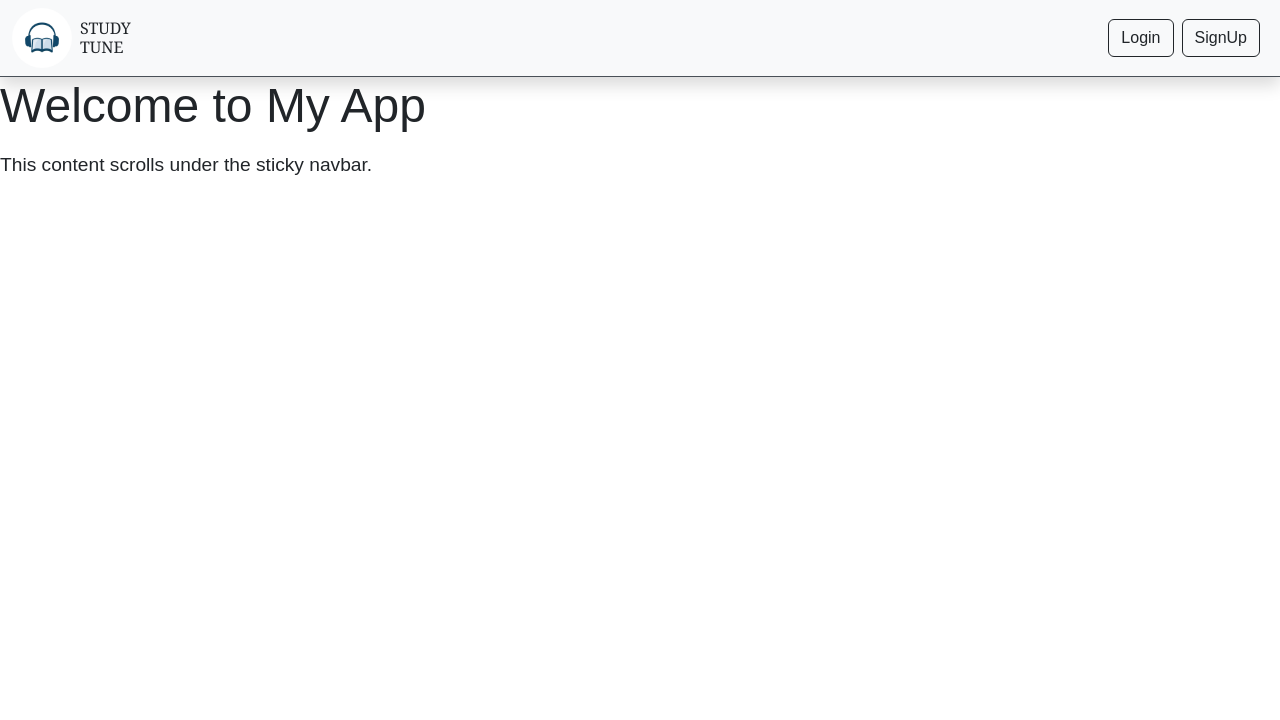
Repository: SpoorthiRaj1908/StudyTune
Page: / (app in frontend/)
The author's editor kept a copy of each file at every save. The page is drawn from the files as they stood at one save, then again after the next save.
The browser window is 1280 px wide. The pictures show the whole page.
Some web libraries are served in a nearby version. The project was rebuilt for these pictures with package versions that can differ from the ones it lists, and the page was loaded fresh each time. Also part of the build but not shown: frontend/vite.config.js.

Above is the page before, as saved 2025-10-13 16:27:09.

### frontend/index.html
<!doctype html>
<html lang="en">
  <head>
    <meta charset="UTF-8" />
    <link rel="icon" type="image/svg+xml" href="/vite.svg" />
    <link
  href="https://cdn.jsdelivr.net/npm/bootstrap@5.3.3/dist/css/bootstrap.min.css"
  rel="stylesheet"
  integrity="sha384-QWTKZyjpPEjISv5WaRU9OFeRpok6YctnYmDr5pNlyT2bRjXh0JMhjY6hW+ALEwIH"
  crossorigin="anonymous"
/>

    <meta name="viewport" content="width=device-width, initial-scale=1.0" />
    <title>Vite + React</title>
  </head>
  <body>
    <div id="root"></div>
    <script type="module" src="/src/main.jsx"></script>
    <script
  src="https://cdn.jsdelivr.net/npm/bootstrap@5.3.3/dist/js/bootstrap.bundle.min.js"
  integrity="sha384-YvpcrYf0tY3lHB60NNkmXc5s9fDVZLESaAA55NDzOxhy9GkcIdslK1eN7N6jIeHz"
  crossorigin="anonymous"
></script>
<script src="https://cdn.tailwindcss.com"></script>


  </body>
</html>

### frontend/src/main.jsx
import { StrictMode } from 'react';
import { createRoot } from 'react-dom/client';
import Navbar from './Home/Navbar.jsx';
import './index.css';

createRoot(document.getElementById('root')).render(
  <StrictMode>
    <Navbar /> {/* Navbar will use navbar-gradient CSS */}
    <div className="page-content">
      {/* Your page content goes here */}
      <h1>Welcome to My App</h1>
      <p>This content scrolls under the sticky navbar.</p>
    </div>
  </StrictMode>
);

### frontend/src/Home/Navbar.jsx
function Navbar() {
  return (
    <>
      <nav
        className="navbar bg-light border-bottom border-body sticky-top shadow"
        data-bs-theme="dark"
      >
        <div className="container-fluid d-flex align-items-center">
          <div className="d-flex align-items-center">
            <img
              style={{ height: "60px", width: "60px", borderRadius: "50%" }}
              className="me-2"
              src="/Descargar icono de vector de audiolibro en blanco gratis.jpeg"
              alt="Audiobook icon"
            />
            <h4 className="text-dark m-0" class="font-serif ">
              STUDY <br /> TUNE
            </h4>
          </div>

          <button type="button" className="btn btn-outline-dark ms-auto me-2">
            Login
          </button>
         <button type="button" className="btn btn-outline-dark me-2">
  SignUp
</button>

        </div>
      </nav>
    </>
  );
}

export default Navbar;

### frontend/src/index.css
/* Full-page animated gradient background */
body, html {
  margin: 0;
  padding: 0;
  height: 100%;
  font-family: sans-serif;
}

.animated-gradient {
  position: relative;
  min-height: 100vh;
  width: 100%;
  background: linear-gradient(270deg, #ff5f6d, #ffc371, #42e695, #3bb2b8, #ff5f6d);
  background-size: 400% 400%;
  animation: gradientBG 15s ease infinite;
  display: flex;
  flex-direction: column;
  align-items: center;
  justify-content: center;
  color: #fff;
  transition: background 0.5s;
}

@keyframes gradientBG {
  0% { background-position: 0% 50%; }
  50% { background-position: 100% 50%; }
  100% { background-position: 0% 50%; }
}

/* Example content styling */
h1 {
  font-size: 3rem;
  margin-bottom: 1rem;
}

p {
  font-size: 1.2rem;
}

After the next save:
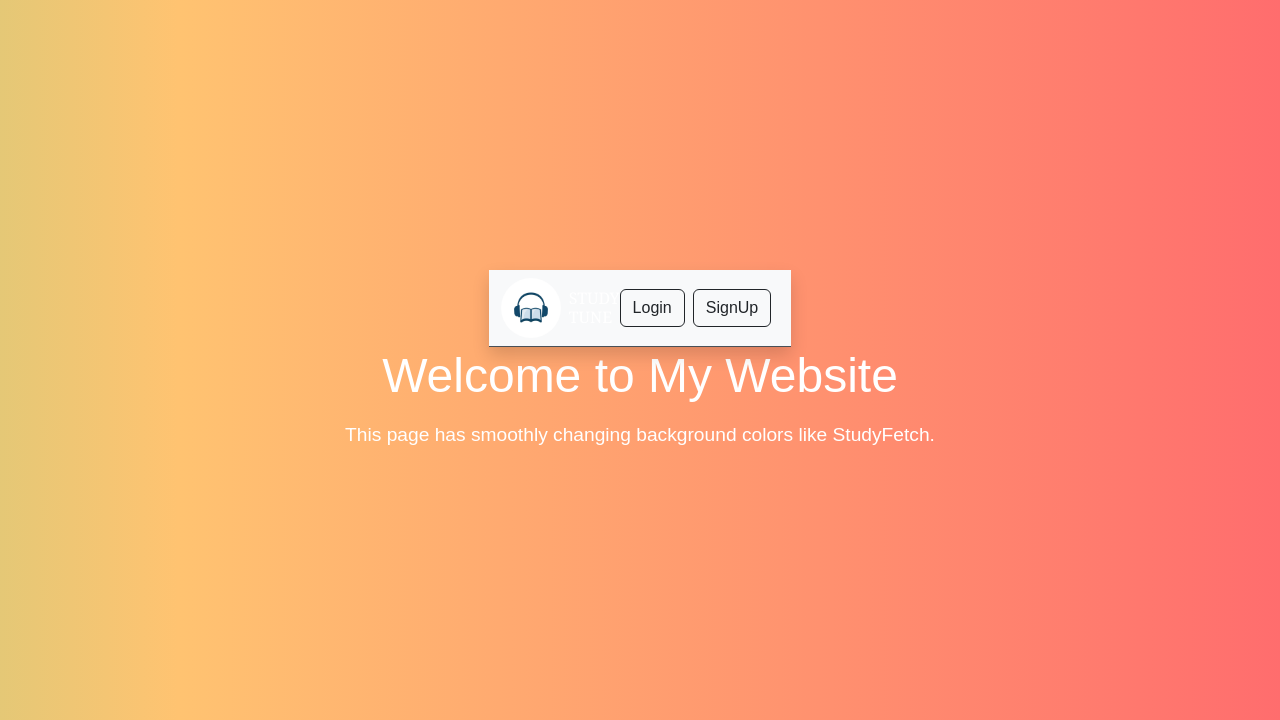
Saved 7 s later.
--- a/frontend/src/main.jsx
+++ b/frontend/src/main.jsx
@@ -1,15 +1,14 @@
 import { StrictMode } from 'react';
 import { createRoot } from 'react-dom/client';
-import Navbar from './Home/Navbar.jsx';
 import './index.css';
+import Navbar from './Home/Navbar.jsx'; // optional
 
 createRoot(document.getElementById('root')).render(
   <StrictMode>
-    <Navbar /> {/* Navbar will use navbar-gradient CSS */}
-    <div className="page-content">
-      {/* Your page content goes here */}
-      <h1>Welcome to My App</h1>
-      <p>This content scrolls under the sticky navbar.</p>
+    <div className="animated-gradient">
+      <Navbar /> {/* optional, if you want sticky top nav */}
+      <h1>Welcome to My Website</h1>
+      <p>This page has smoothly changing background colors like StudyFetch.</p>
     </div>
   </StrictMode>
 );
